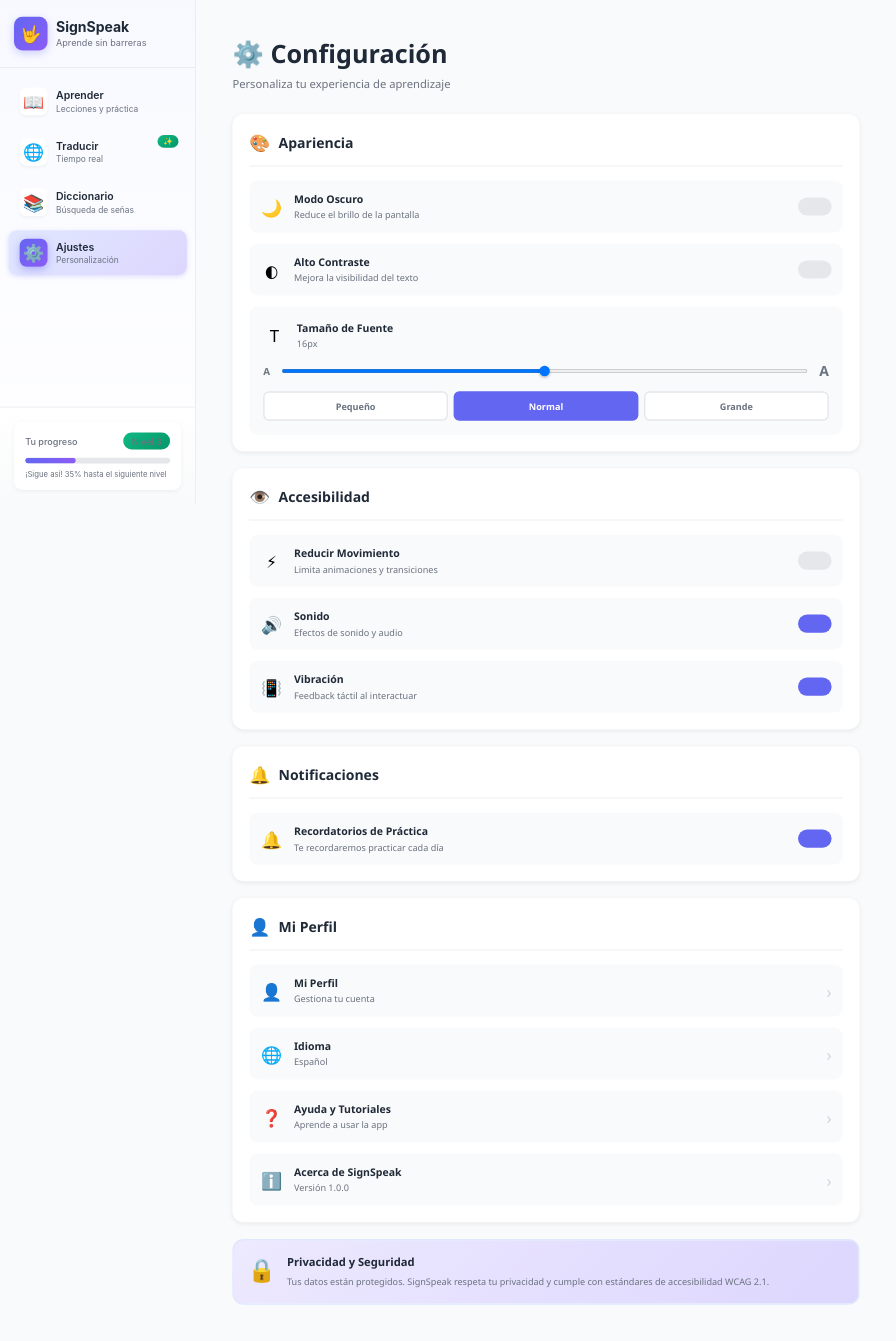
Repository: Aucarure/SignSpeak
Page: /ajustes (app in Usuario/frontend/)
An editor plug-in stored every save of this project. The page is shown before and after the next save, followed by the edit.
The browser window is 1280 px wide. The pictures show the whole page, at 70% of full size.
The project was rebuilt for these pictures with package versions that can differ from the ones it lists, and the page was loaded fresh each time. Also part of the build but not shown: Usuario/frontend/vite.config.js, Usuario/frontend/src/pages/Translator.jsx, Usuario/frontend/src/pages/Learn.jsx, Usuario/frontend/src/pages/Dictionary.jsx, Usuario/frontend/src/api/diccionario.js, Usuario/frontend/src/hooks/useDiccionario.js, Usuario/frontend/src/components/diccionario/SenaCard.jsx, Usuario/frontend/src/components/diccionario/SenaModal.jsx and 1 more.

Above is the page before, as saved 2025-12-04 17:06:10.

After the next save:
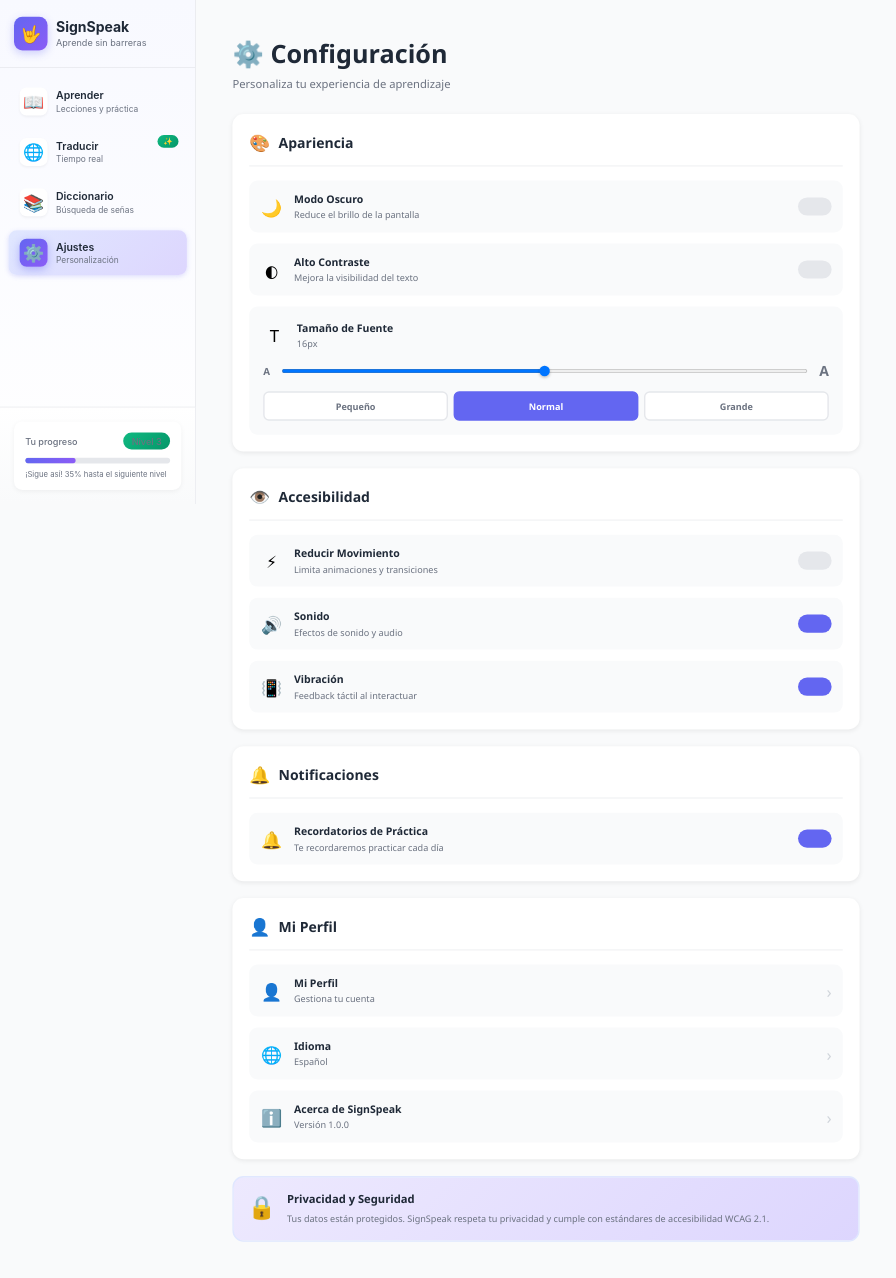
Saved 61 s later.
--- a/Usuario/frontend/src/pages/Settings.jsx
+++ b/Usuario/frontend/src/pages/Settings.jsx
@@ -383,16 +383,7 @@ const Settings = () => {
               <span style={styles.chevron}>›</span>
             </div>
 
-            <div style={styles.settingItemButton} onClick={() => alert('Próximamente: Tutoriales')}>
-              <div style={styles.settingLeft}>
-                <span style={styles.settingIcon}>❓</span>
-                <div>
-                  <div style={styles.settingLabel}>Ayuda y Tutoriales</div>
-                  <div style={styles.settingDescription}>Aprende a usar la app</div>
-                </div>
-              </div>
-              <span style={styles.chevron}>›</span>
-            </div>
+
 
             <div style={styles.settingItemButton} onClick={() => alert('SignSpeak v1.0.0')}>
               <div style={styles.settingLeft}>
